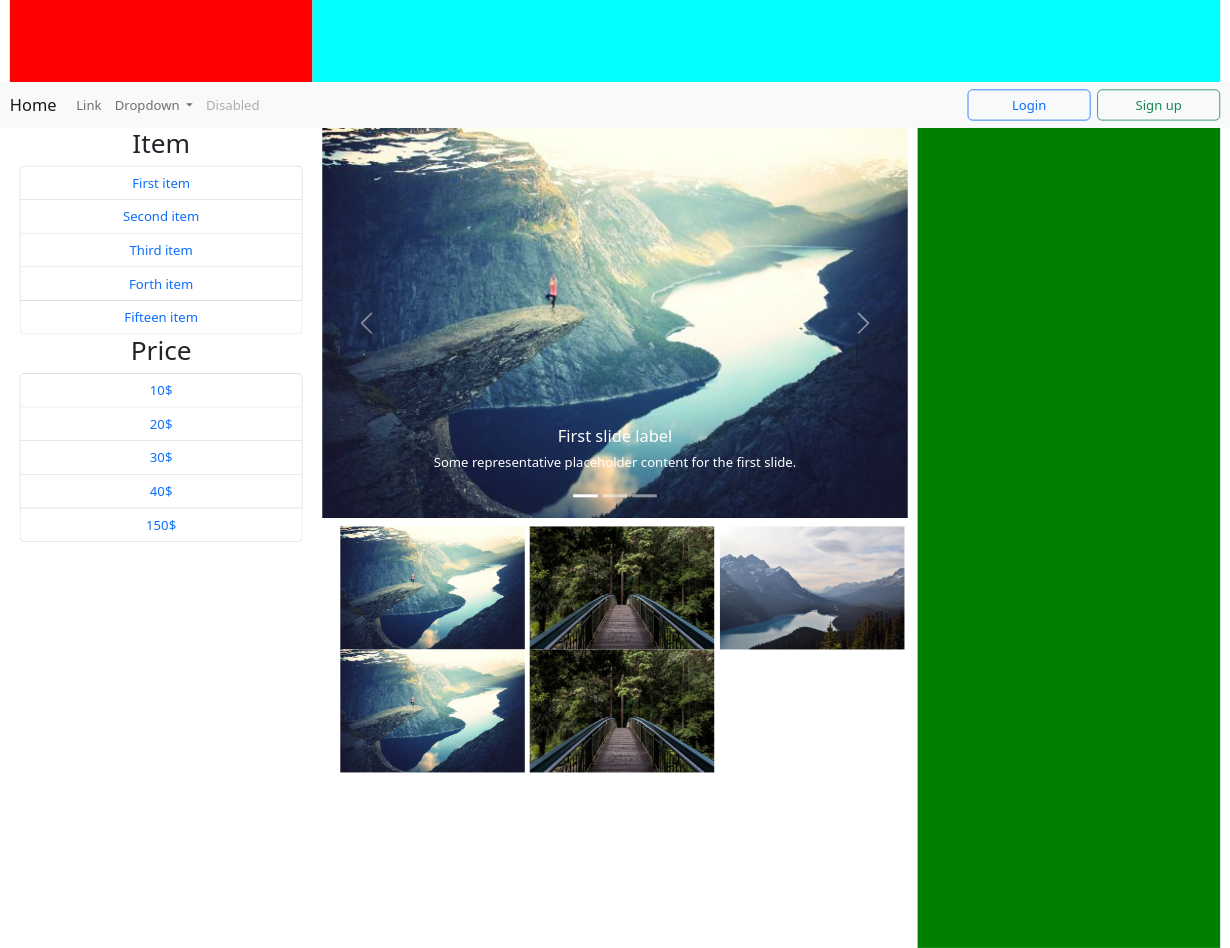
Repository: nguyenhung50497/MD2_bootstrap
Page: BT_giaoDienWeb/index.html
An editor plug-in stored every save of this project. The page is shown before and after the next save, followed by the edit.
The browser window is 1280 px wide. The page is 1500 px wide, then 1280 px, so the pictures cover 1500 px, including what lies to the right of the window. The pictures show the whole page, at 82% of full size.

Above is the page before, as saved 2022-11-30 14:11:04.

After the next save:
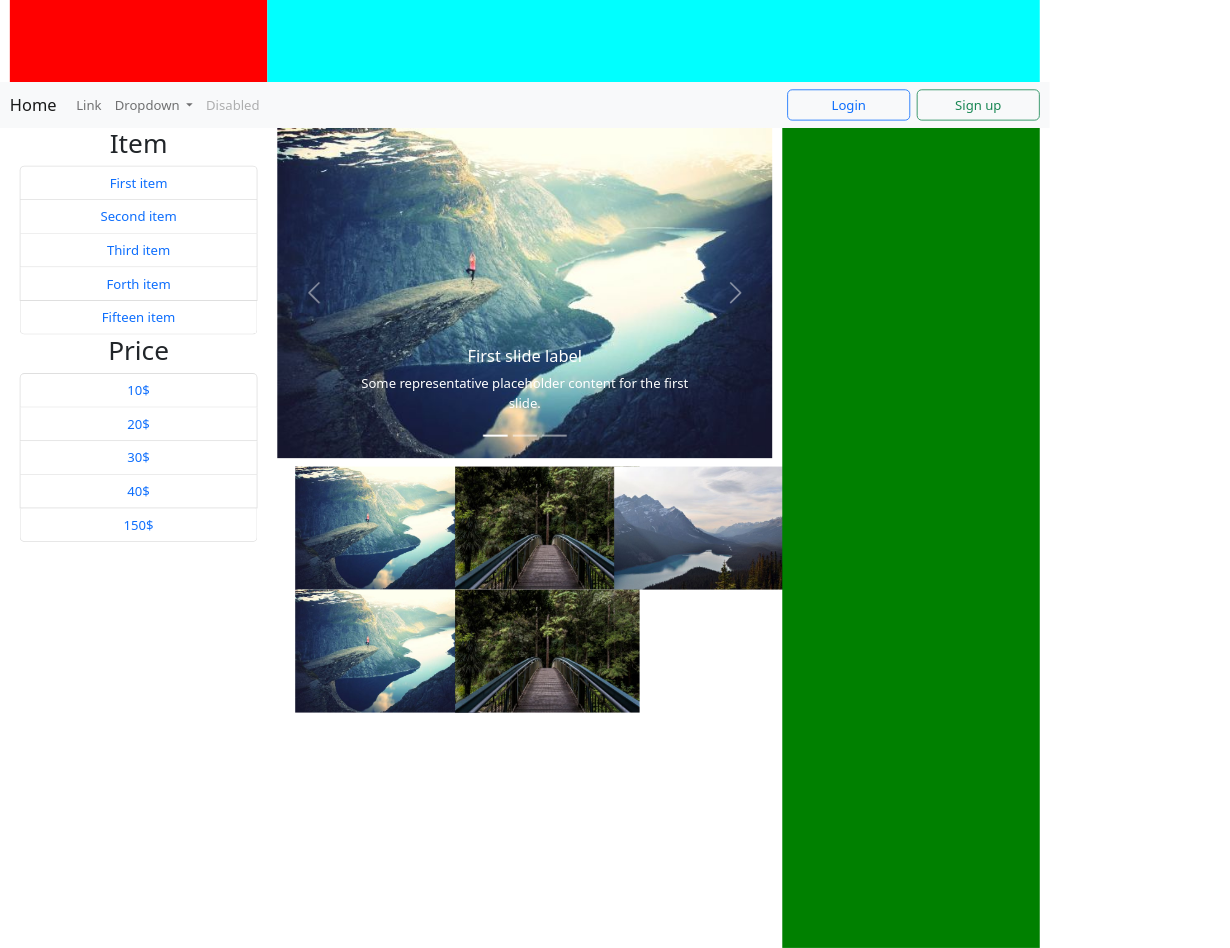
Saved 46 s later.
--- a/BT_giaoDienWeb/index.html
+++ b/BT_giaoDienWeb/index.html
@@ -33,7 +33,7 @@
 </style>
 <body>
 <center>
-    <div style="width: 1500px;">
+    <div >
     <header class="container-fluid row">
         <div class="col-lg-3 logo">
             <img src="" alt="">
